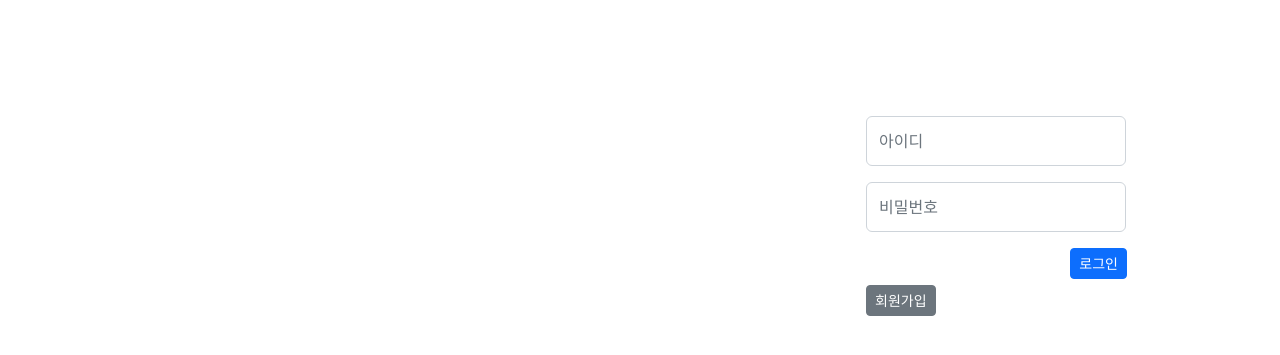
Repository: kokoko12334/myvocab-toy
Page: http://localhost/myVocabularyList/home.jsp
The author's editor kept a copy of each file at every save. The page is drawn from the files as they stood at one save, then again after the next save.
The browser window is 1280 px wide. The pictures show the whole page.
The page is served by Tomcat 9. Other server files are loaded and not shown.

Above is the page before, as saved 2023-04-08 04:31:39.

### myVocabularyList/src/main/webapp/home.jsp
<%@ page language="java" contentType="text/html; charset=UTF-8"
    pageEncoding="UTF-8"%>

<%@ taglib prefix="c" uri = "http://java.sun.com/jsp/jstl/core" %>

<!DOCTYPE html>
<html>
<head>
<meta charset="UTF-8">
<title>영어단어장 홈화면</title>
<link href="https://cdn.jsdelivr.net/npm/bootstrap@5.2.3/dist/css/bootstrap.min.css" rel="stylesheet" integrity="sha384-rbsA2VBKQhggwzxH7pPCaAqO46MgnOM80zW1RWuH61DGLwZJEdK2Kadq2F9CUG65" crossorigin="anonymous">

</head>

<body>

	<div  style="float: right;width: 414px;margin-top: 100px;text-align:right" >

		<form action = "/login" method = "post" style="height: 164px;width: 261px;">
			<input class="form-control my-3" style = "height:50px; width: 260px;" type = "text" name = "id" placeholder = "아이디">
			<input class="form-control my-3" style = "height:50px; width: 260px;" type = "password" name = "pwd" placeholder = "비밀번호">
			<button  class="btn btn-primary btn-sm" >로그인</button>

		</form>
		<div style="float: left; margin-top: 5px;">
			<button type="button" class="btn btn-secondary btn-sm"  onClick="location.href='joinForm.jsp'">회원가입</button>
		</div>
	</div>






</body>

</html>

After the next save:
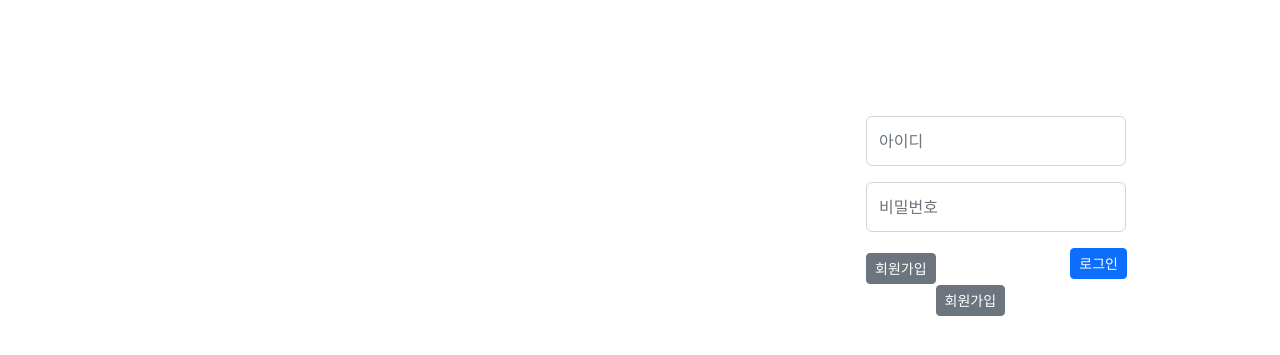
Saved 27 s later.
--- a/myVocabularyList/src/main/webapp/home.jsp
+++ b/myVocabularyList/src/main/webapp/home.jsp
@@ -19,6 +19,9 @@
 		<form action = "/login" method = "post" style="height: 164px;width: 261px;">
 			<input class="form-control my-3" style = "height:50px; width: 260px;" type = "text" name = "id" placeholder = "아이디">
 			<input class="form-control my-3" style = "height:50px; width: 260px;" type = "password" name = "pwd" placeholder = "비밀번호">
+			<div style="float: left; margin-top: 5px;">
+			<button type="button" class="btn btn-secondary btn-sm"  onClick="location.href='joinForm.jsp'">회원가입</button>
+		</div>
 			<button  class="btn btn-primary btn-sm" >로그인</button>
 
 		</form>
